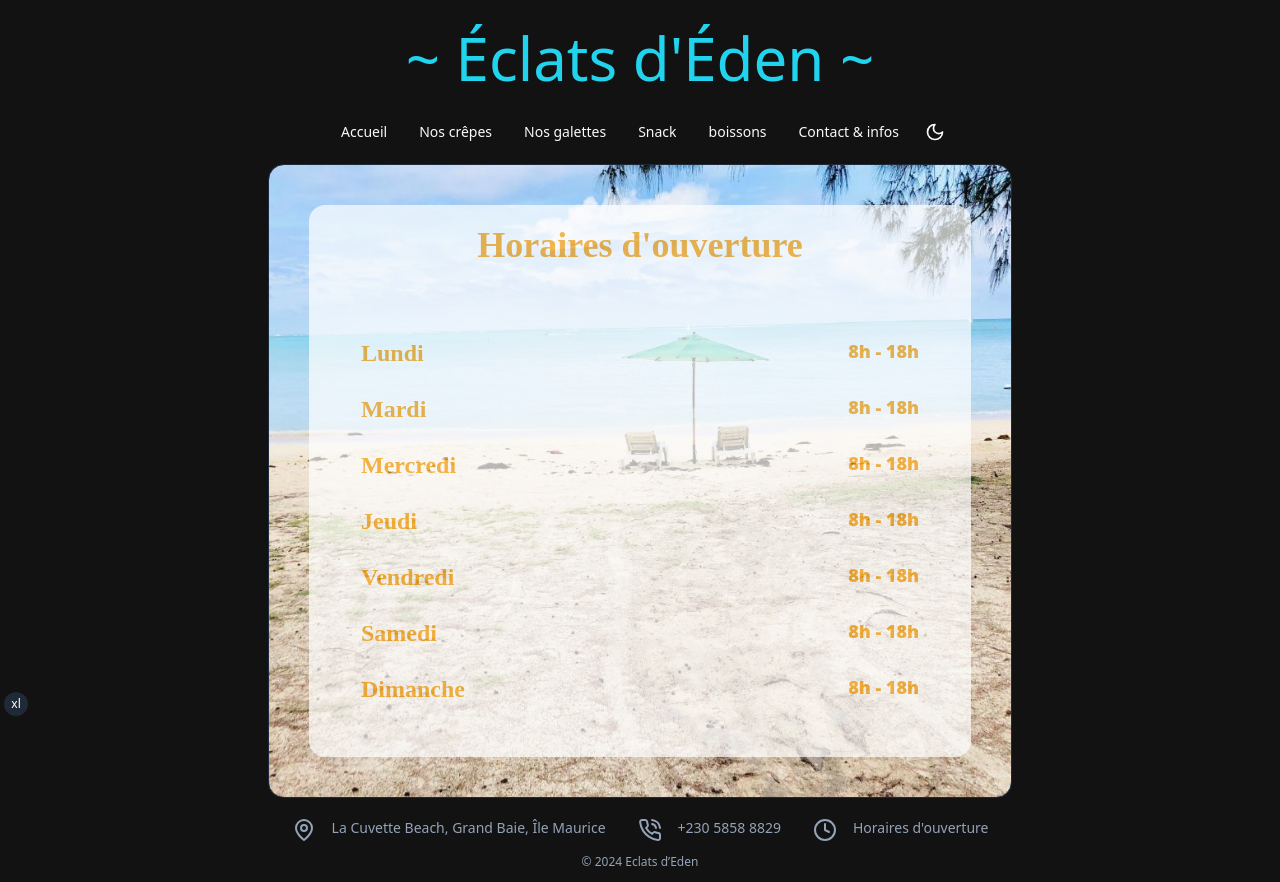
Repository: jeffMauritius/eclats-deden
Page: /schedule
These files come from the project's save history. The page is drawn as it stood at one moment and after the next save; the edit follows.
The browser window is 1280 px wide. The pictures show the whole page.
The project was rebuilt for these pictures with package versions that can differ from the ones it lists, and the page was loaded fresh each time. The framework's server and built-in components were replaced by stand-ins that run in the browser. Also part of the build but not shown: next.config.mjs.

Above is the page before, as saved 2024-09-21 08:11:14.

After the next save:
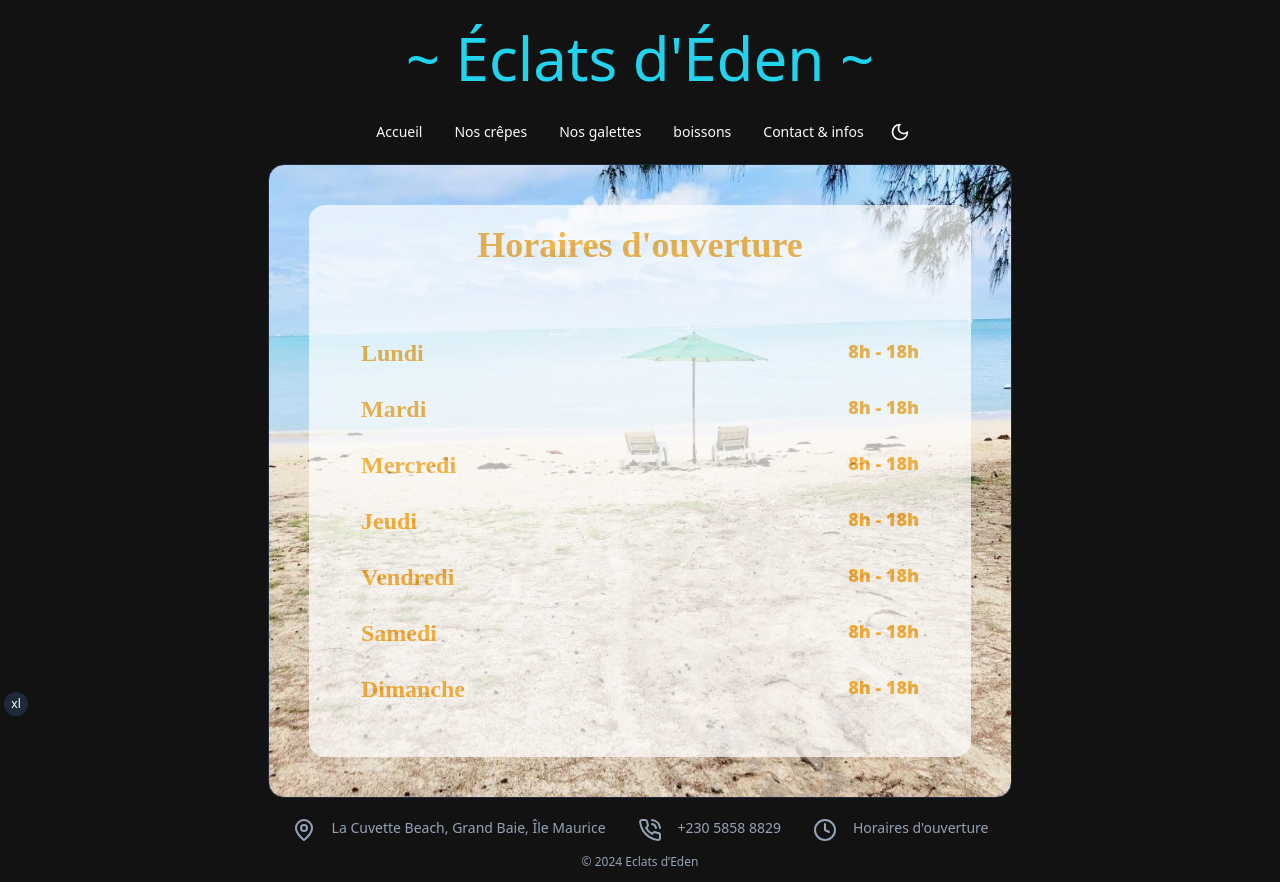
Saved 48 s later.
--- a/src/components/layout/navigationData.ts
+++ b/src/components/layout/navigationData.ts
@@ -11,10 +11,12 @@ export const navigationData = [
         title: "Nos galettes",
         link: "/galettes",
     },
+    /*
     {
         title: "Snack",
         link: "/snack",
     },
+    */
     {
         title: "boissons",
         link: "/boissons",
